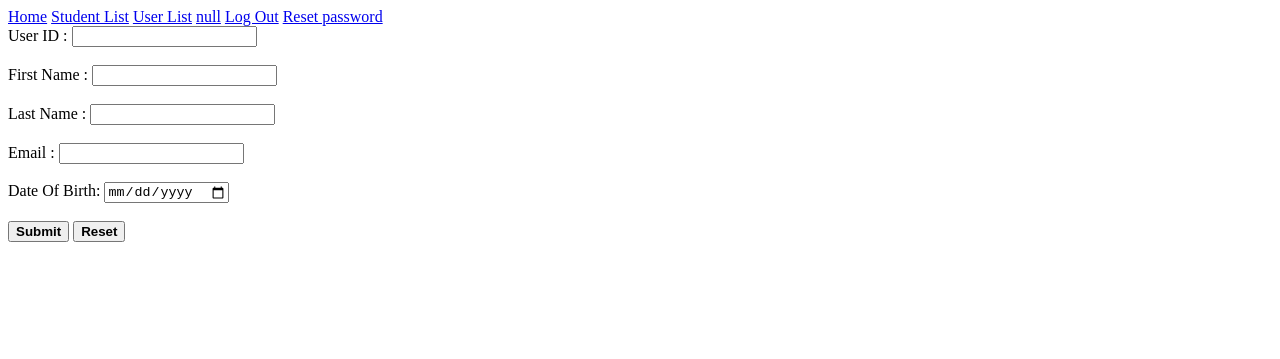
Repository: AmritOjha01/sms
Page: http://localhost/StudentManagementSystem/userCreate.jsp
These files come from the project's save history. The page is drawn as it stood at one moment and after a run of saves; the edit follows.
The browser window is 1280 px wide. The pictures show the whole page.
The page is served by Tomcat 9. Other server files are loaded and not shown.

Above is the page before, as saved 2017-03-27 08:00:34.

### StudentManagementSystem/WebContent/userCreate.jsp
<%@ page language="java" contentType="text/html; charset=ISO-8859-1"
	pageEncoding="ISO-8859-1"%>
<%@ taglib uri="http://java.sun.com/jsp/jstl/core" prefix="c"%>
<%@ taglib uri="http://java.sun.com/jsp/jstl/fmt" prefix="fmt"%>
<!DOCTYPE html PUBLIC "-//W3C//DTD HTML 4.01 Transitional//EN" "http://www.w3.org/TR/html4/loose.dtd">
<html>
<head>
<meta http-equiv="Content-Type" content="text/html; charset=ISO-8859-1">
<title>User Registration</title>
<%@ include file="header.jsp"%>
</head>
<body>

	<form role="form" action="UserController" method="post">
		<label>User ID : </label> <input type="text" id="userid" name="userid"
			value="${user.userId}" readonly><br> <br> <label>First
			Name : </label> <input type="text" id="userfirstname" name="firstName"
			value="${user.firstName}"><br> <br> <label
			for="pwd">Last Name : </label> <input type="text" id="lastname"
			name="lastName" value="${user.lastName}"><br> <br>
		<c:if test="${user.userId == 0}">
			<label for="pwd">Username : </label>
			<input type="text" id="username" name="username"
				value="${user.username}">
			<br>
			<br>
			<label>Password : </label>
			<input type="password" id="password" name="password"
				value="${user.password}">
			<br>
			<br>
		</c:if>
		<label>Email : </label> <input type="email" id="email" name="email"
			value="${user.email}"><br> <br> <label>Date
			Of Birth: </label> <input type="date" id="dateofbiths" name="dob"
			value="<fmt:formatDate pattern="MM/dd/yyyy" value="${user.dob}" />"><br>
		<br>

		<button type="submit" style="font-weight: bold;">Submit</button>
		<button type="reset" style="font-weight: bold;">Reset</button>
	</form>

</body>
</html>

### StudentManagementSystem/WebContent/header.jsp
<a href="home.jsp">Home</a>
<a href="StudentController?actions=list">Student List</a>
<a href="UserController?action=listUser">User List</a>
<a href="UserController?action=listUser"><%=session.getAttribute("uname")%></a>
<a href="LogoutController">Log Out</a>
<a href="previousUserPassword.jsp">Reset password</a>

After the next 2 saves:
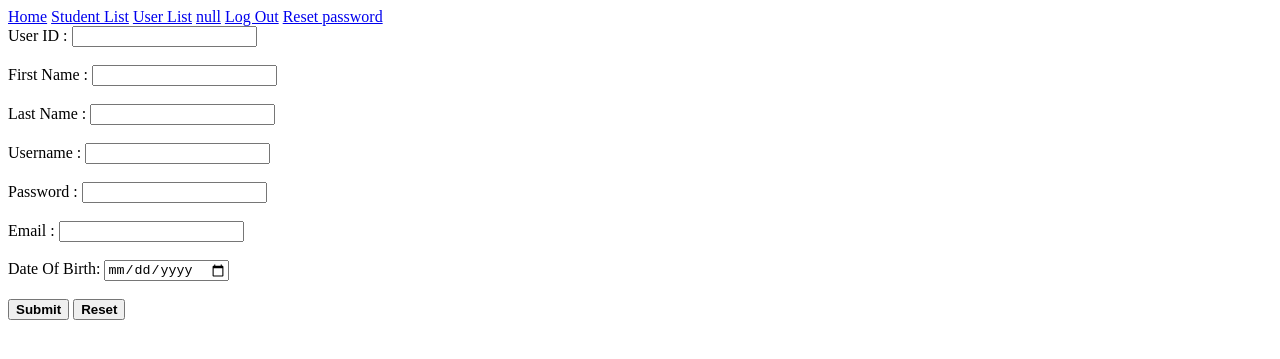
The 2 saves are shown as one change because they came seconds apart.
The last was saved 19 s later.
--- a/StudentManagementSystem/WebContent/userCreate.jsp
+++ b/StudentManagementSystem/WebContent/userCreate.jsp
@@ -18,7 +18,7 @@
 			value="${user.firstName}"><br> <br> <label
 			for="pwd">Last Name : </label> <input type="text" id="lastname"
 			name="lastName" value="${user.lastName}"><br> <br>
-		<c:if test="${user.userId == 0}">
+		<%-- <c:if test="${user.userId == 0}"> --%>
 			<label for="pwd">Username : </label>
 			<input type="text" id="username" name="username"
 				value="${user.username}">
@@ -29,7 +29,7 @@
 				value="${user.password}">
 			<br>
 			<br>
-		</c:if>
+		<%-- </c:if> --%>
 		<label>Email : </label> <input type="email" id="email" name="email"
 			value="${user.email}"><br> <br> <label>Date
 			Of Birth: </label> <input type="date" id="dateofbiths" name="dob"
